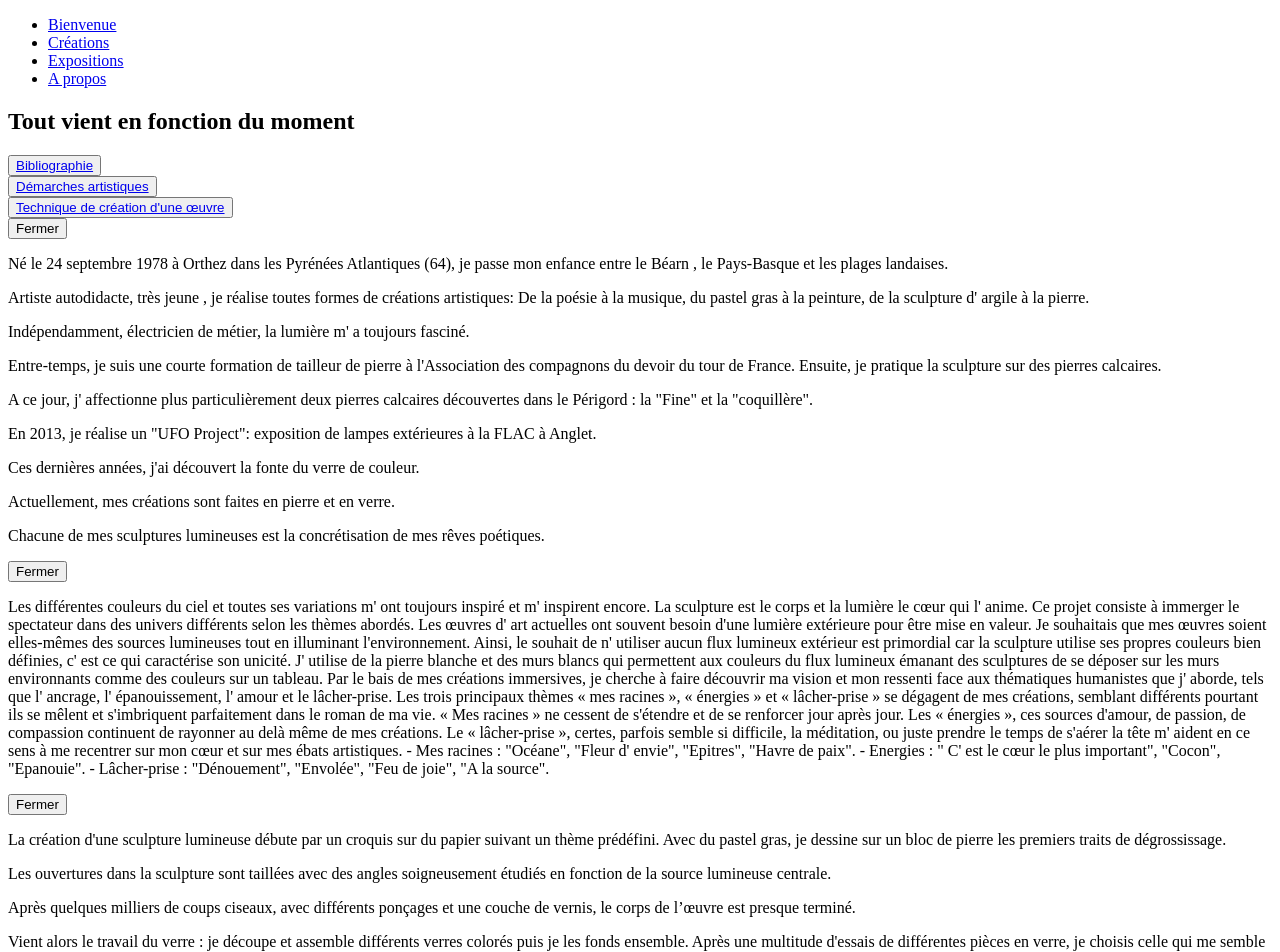
Repository: lysianebo/EricBidart
Page: presentation.html
These files come from the project's save history. The page is drawn as it stood at one moment and after the next save; the edit follows.
The browser window is 1280 px wide. The pictures show the part of the page from y = 0 to 952 px (the page is 1643 px tall before and 1671 px after).
A picture or video elsewhere on the page could not be fetched, so the positions and the page height are approximate.

Above is the page before, as saved 2023-10-29 07:06:03.

After the next save:
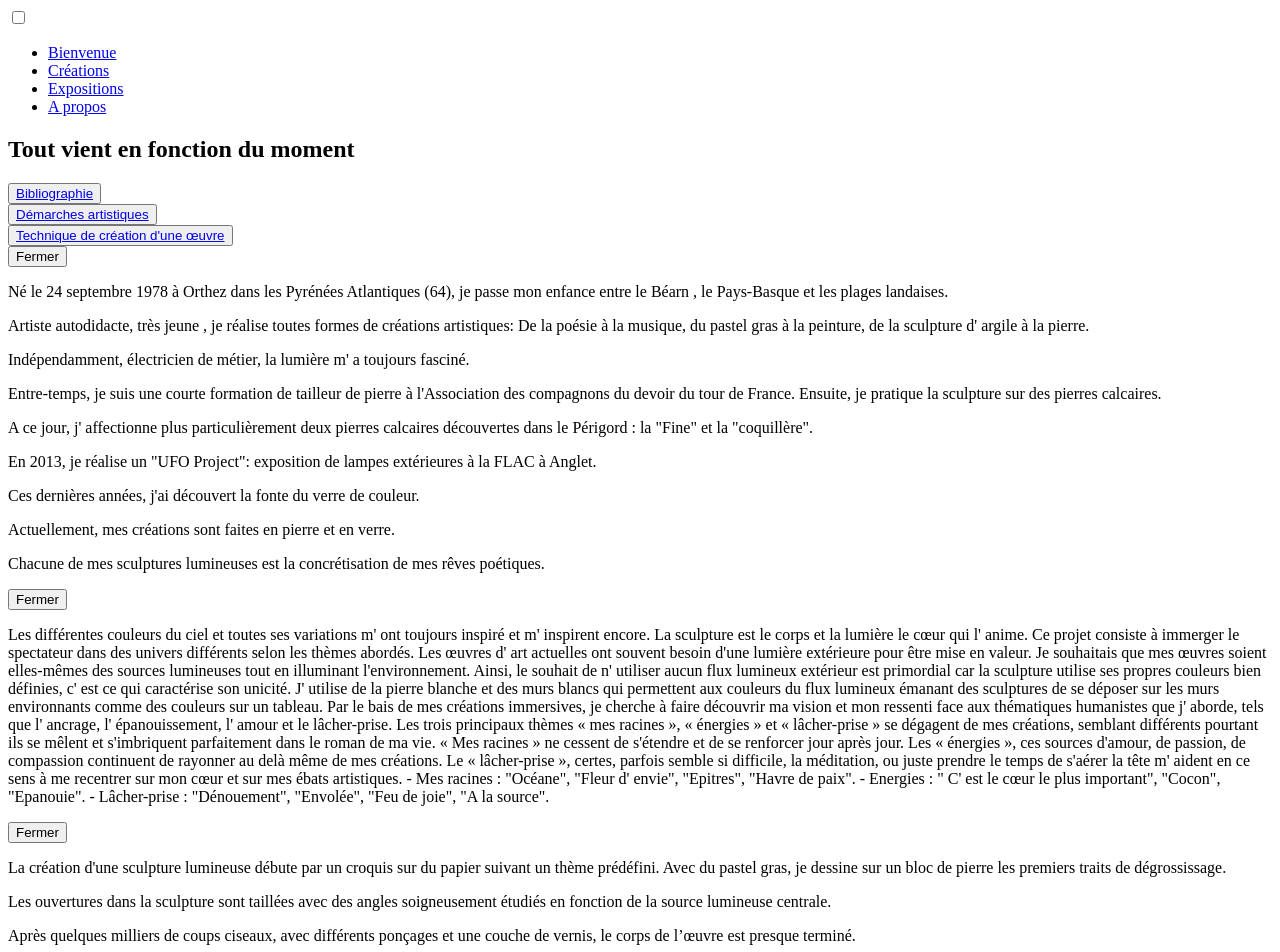
Console error: ReferenceError: icons is not defined
Saved 11 s later.
--- a/presentation.html
+++ b/presentation.html
@@ -9,17 +9,19 @@
 
 
 <body class="presentation">
-    <header>
-        <!-- <div class="logo"><img src="public/images/Logo 2021.webp" alt=""></div> -->
-        <nav id="nav">
-            <ul>
-                <li><a href="accueil.html">Bienvenue</a></li>
-                <li><a href="creations.html">Créations</a></li>
-                <li><a href="expositions.html">Expositions</a></li>
-                <li><a href="presentation.html">A propos</a></li>
-            </ul>
-            <div id="icons"></div>
-        </nav>
+      <header>
+      <nav>
+        <input type="checkbox"
+          id="menu-toggle">
+        <label for="menu-toggle"
+          class="burger"></label>
+        <ul class="nav-links">
+          <li><a href="accueil.html">Bienvenue</a></li>
+          <li><a href="creations.html">Créations</a></li>
+          <li><a href="expositions.html">Expositions</a></li>
+          <li><a href="presentation.html">A propos</a></li>
+        </ul>
+      </nav>
     </header>
     <h2>Tout vient en fonction du moment</h2>
 
